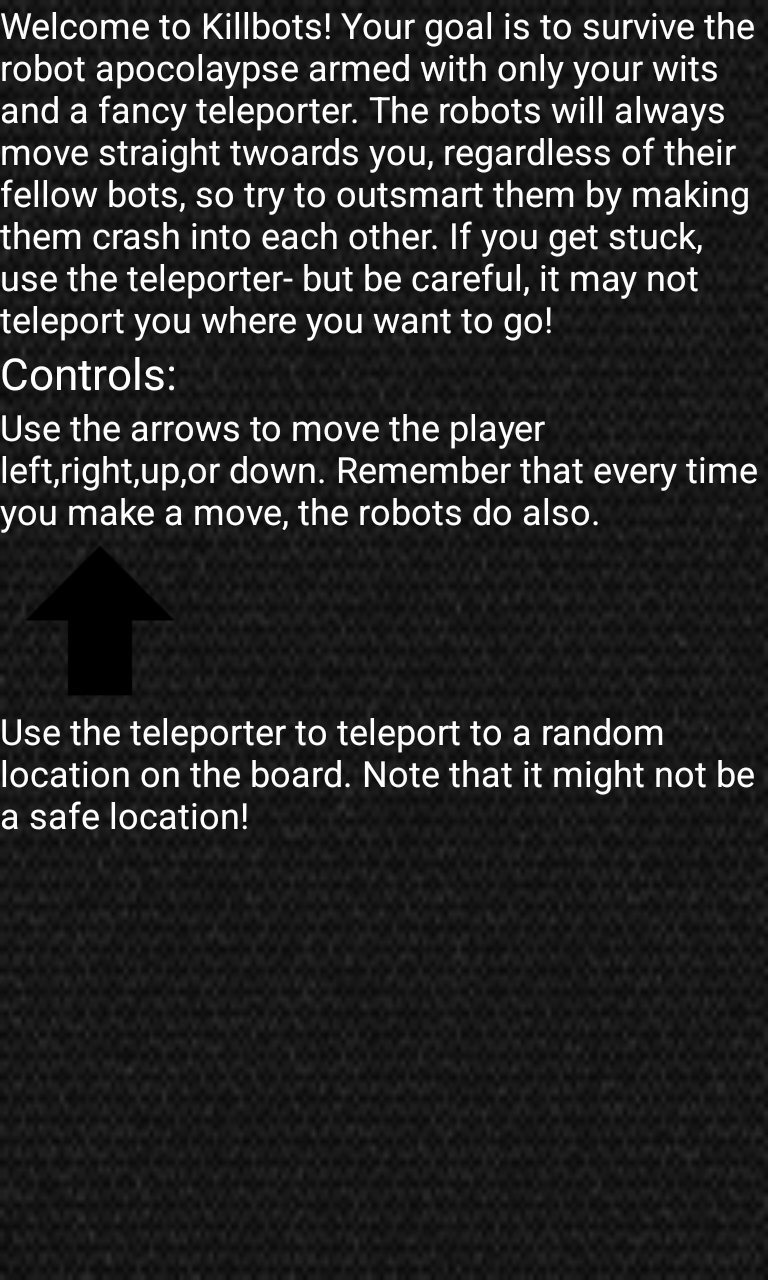
Repository: Tacohen/Killbots
Layout: Killbots/res/layout/how_to_play.xml
These files come from the project's save history. The layout is drawn as it stood at one moment and after the next save; the edit follows.
It is drawn on a 768 x 1280 px phone screen (xhdpi) without system bars, with theme AppTheme; the app's code is not run.

Above is the layout before, as saved 2013-12-09 02:03:53.

### Killbots/res/layout/how_to_play.xml
<?xml version="1.0" encoding="utf-8"?>
<ScrollView xmlns:android="http://schemas.android.com/apk/res/android"
    android:layout_width="fill_parent"
    android:layout_height="fill_parent"
    android:background="@drawable/binding_dark"
    >
	<LinearLayout
    	android:orientation="vertical"
    	android:layout_width="fill_parent"
    	android:layout_height="fill_parent"
        android:stretchColumns="1">

    <TextView
        android:id="@+id/overviewText"
        android:layout_width="wrap_content"
        android:layout_height="wrap_content"
        android:textColor="#FFFFFF"
        android:text="Welcome to Killbots! Your goal is to survive the robot apocolaypse armed with only your wits and a fancy teleporter. The robots will always move straight twoards you, regardless of their fellow bots, so try to outsmart them by making them crash into each other. If you get stuck, use the teleporter- but be careful, it may not teleport you where you want to go!"
        android:textAppearance="?android:attr/textAppearanceMedium" />

    <TextView
        android:id="@+id/controlsText"
        android:layout_width="wrap_content"
        android:layout_height="wrap_content"
        android:textColor="#FFFFFF"
        android:text="Controls:"
        android:textAppearance="?android:attr/textAppearanceLarge" />

    <TextView
        android:id="@+id/arrowsText"
        android:layout_width="wrap_content"
        android:layout_height="wrap_content"
        android:textColor="#FFFFFF"
        android:text="Use the arrows to move the player left,right,up,or down. Remember that every time you make a move, the robots do also."
        android:textAppearance="?android:attr/textAppearanceMedium" />

    <ImageView
        android:id="@+id/upArrow"
        android:layout_width="100dip"
        android:layout_height="fill_parent"
        android:src="@drawable/up_arrow"/>

    <TextView
        android:id="@+id/teleporterText"
        android:layout_width="wrap_content"
        android:layout_height="wrap_content"
        android:textColor="#FFFFFF"
        android:text="Use the teleporter to teleport to a random location on the board. Note that it might not be a safe location!"
        android:textAppearance="?android:attr/textAppearanceMedium" />

</LinearLayout>
</ScrollView>

Loaded but not shown: Killbots/res/values/styles.xml (common file); Killbots/res/values-v11/styles.xml (common file); Killbots/res/values-v14/styles.xml (common file)

After the next save:
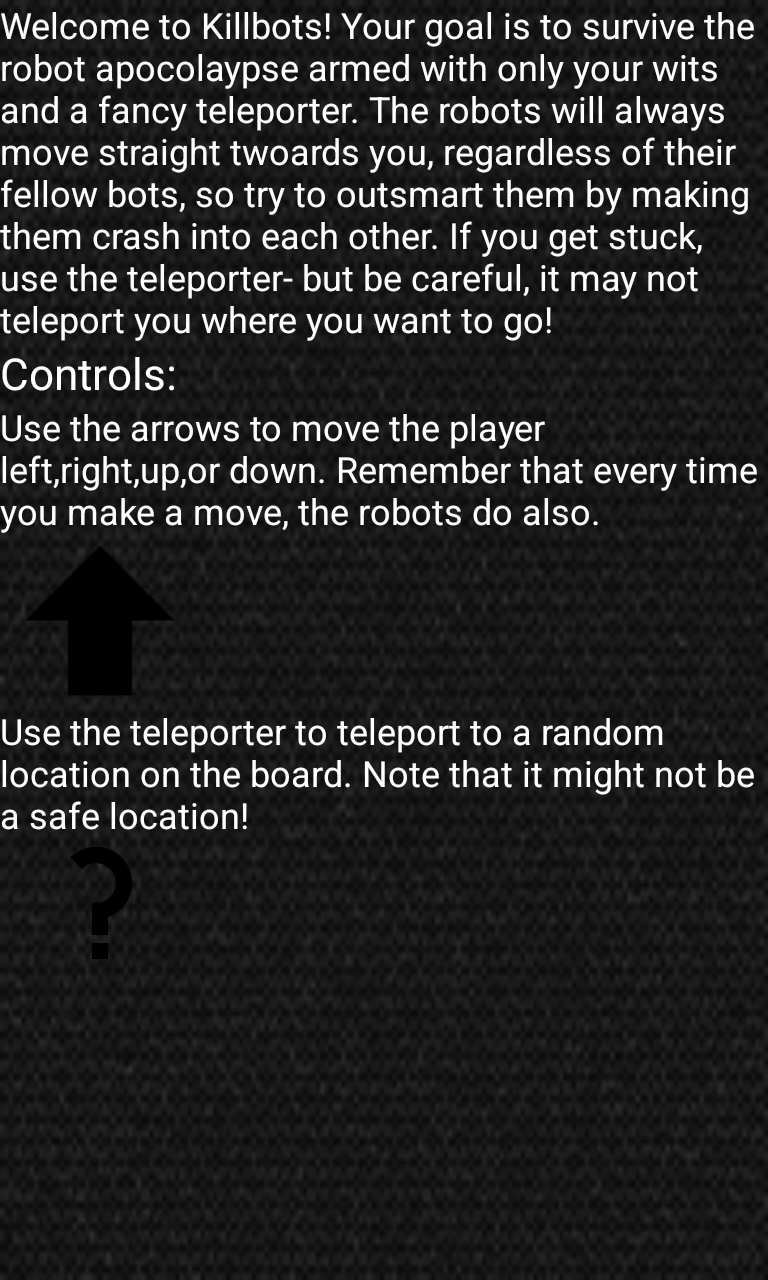
Saved 63 s later.
--- a/Killbots/res/layout/how_to_play.xml
+++ b/Killbots/res/layout/how_to_play.xml
@@ -48,5 +48,11 @@
         android:text="Use the teleporter to teleport to a random location on the board. Note that it might not be a safe location!"
         android:textAppearance="?android:attr/textAppearanceMedium" />
 
+    <ImageView
+        android:id="@+id/upArrow"
+        android:layout_width="100dip"
+        android:layout_height="fill_parent"
+        android:src="@drawable/questionmark"/>
+
 </LinearLayout>
 </ScrollView>
